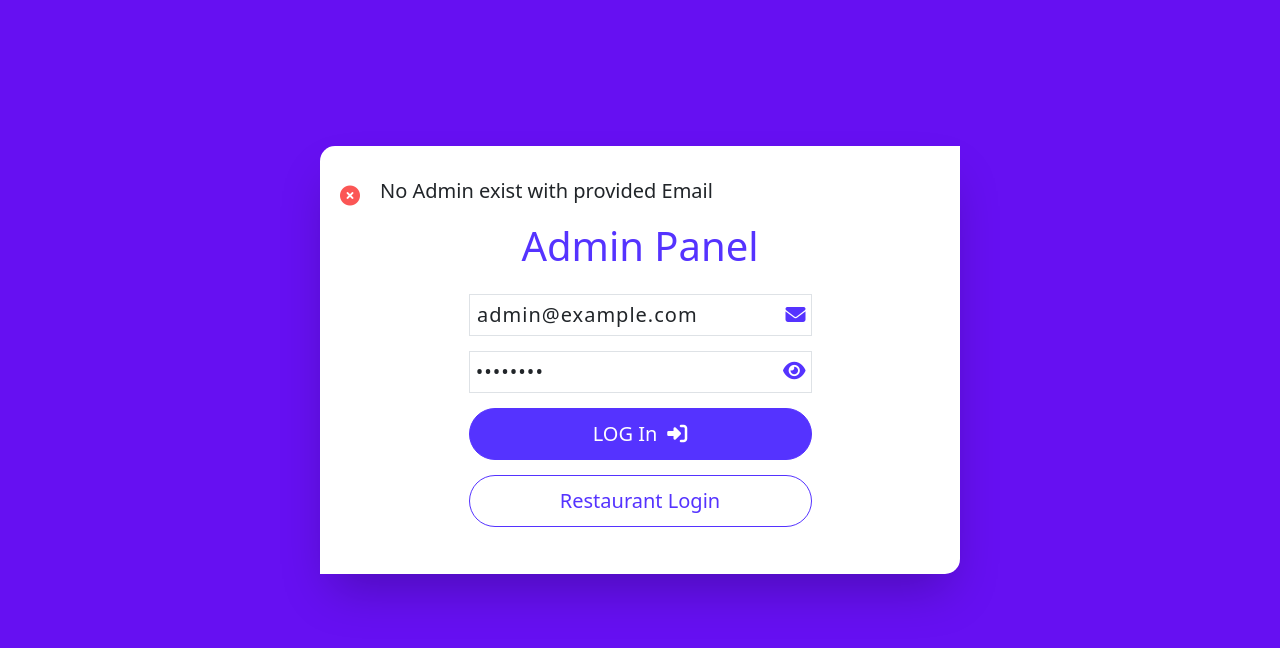
Repository: FlyweisReact/GopalAdminPanel
Page: /
An editor plug-in stored every save of this project. The page is shown before and after a run of saves, followed by the edit.
The browser window is 1280 px wide. The pictures show the whole page.
Some web libraries are served in a nearby version. The project was rebuilt for these pictures with package versions that can differ from the ones it lists, and the page was loaded fresh each time. Also part of the build but not shown: src/components/pages/Dashboard.jsx, src/vendorPanel/components/Auth.jsx, src/components/BaseUrl.jsx, src/components/pages/products/Products.jsx, src/components/pages/categories/Categories.jsx, src/components/pages/banner/Banner.jsx, src/components/pages/orders/Orders.jsx, src/components/pages/terms/Terms.jsx and 50 more. Imported but missing from the stored project, and not drawn on this page: src/components/layout/HOC.

Above is the page before, as saved 2023-04-03 13:09:53.

### public/index.html
<!DOCTYPE html>
<html lang="en">
  <head>
    <meta charset="utf-8" />
    <!-- <link rel="icon" href="%PUBLIC_URL%/favicon.png" /> -->
    <meta name="viewport" content="width=device-width, initial-scale=1" />
    <meta name="theme-color" content="#000000" />
    <meta
      name="description"
      content="Web site created using create-react-app"
    />
    <link rel="apple-touch-icon" href="%PUBLIC_URL%/favicon.ico?v=2" />

    <link rel="manifest" crossorigin="use-credentials" href="%PUBLIC_URL%/manifest.json" />
    <link href="https://fonts.googleapis.com/icon?family=Material+Icons" rel="stylesheet">
    <title>Direct Admin</title>
      <link rel="stylesheet" href="https://maxcdn.bootstrapcdn.com/bootstrap/3.4.1/css/bootstrap.min.css">
      <script src="https://ajax.googleapis.com/ajax/libs/jquery/3.6.0/jquery.min.js"></script>
      <script src="https://maxcdn.bootstrapcdn.com/bootstrap/3.4.1/js/bootstrap.min.js"></script>
      <script src="https://kit.fontawesome.com/d0cfefe1dc.js" crossorigin="anonymous"></script>
  </head>
  <body>
    <noscript>You need to enable JavaScript to run this app.</noscript>
    <div id="root"></div>
    <script src="https://code.jquery.com/jquery-3.6.0.min.js"></script>
    <script src="https://kit.fontawesome.com/b533b351e4.js" crossorigin="anonymous"></script>
  </body>
</html>

### src/index.js
import React from "react";
import ReactDOM from "react-dom/client";
import "./index.css";
import App from "./App";
import { BrowserRouter } from "react-router-dom";
import 'bootstrap/dist/css/bootstrap.min.css';

const root = ReactDOM.createRoot(document.getElementById("root"));
root.render(
  <React.StrictMode>
    <BrowserRouter>
      <App />
    </BrowserRouter>
  </React.StrictMode>
);

### src/index.css
/** @format */

@tailwind base;
@tailwind components;
@tailwind utilities;

body {
  margin: 0;
  font-family: -apple-system, BlinkMacSystemFont, "Segoe UI", "Roboto", "Oxygen",
    "Ubuntu", "Cantarell", "Fira Sans", "Droid Sans", "Helvetica Neue",
    sans-serif;
  -webkit-font-smoothing: antialiased;
  -moz-osx-font-smoothing: grayscale;
}

code {
  font-family: source-code-pro, Menlo, Monaco, Consolas, "Courier New",
    monospace;
}

/* Wcomponents */
.wcomp::-webkit-scrollbar {
  width: 0px;
}
::-webkit-scrollbar {
  width: 0px;
}

.cancel-pol h1 {
  text-align: center;
}

.cancel-pol p {
  margin-top: 200px;
  text-align: center;
  color: rgb(216, 48, 48);
}

.buttonClass {
  width: 100%;
  border-radius: 50px;
  padding: 10px;
  color: rgb(85, 51, 255);
  font-size: 20px;
  border: 1px solid rgb(85, 51, 255);
  transition: 0.5s;
}
.buttonClass:hover {
  color: #fff;
  background-color: rgb(85, 51, 255);
}
.buttonClass2 {
  width: 100%;
  border-radius: 50px;
  padding: 10px;
  color: #0d9488;
  font-size: 20px;
  border: 1px solid #0d9488;
  transition: 0.5s;
}
.buttonClass2:hover {
  color: #fff;
  background-color: #0d9488;
}
.button2 {
  background-color: rgb(85, 51, 255);
  width: 100%;
  border-radius: 50px;
  padding: 10px;
  color: #fff;
  font-size: 20px;
  border: 1px solid rgb(85, 51, 255);
  transition: 0.5s;
}
.button2:hover {
  color: rgb(85, 51, 255);
  background-color: #fff;
}
.button3 {
  background-color: #0d9488;
  width: 100%;
  border-radius: 50px;
  padding: 10px;
  color: #fff;
  font-size: 20px;
  border: 1px solid #0d9488;
  transition: 0.5s;
}
.button3:hover {
  color: #0d9488;
  background-color: #fff;
}

.main-cont {
  display: grid;
  grid-template-columns: auto auto auto;
  justify-content: space-evenly;
  gap: 20px;
  margin-top: 20px;
}
.main-cont div {
  width: 300px;
}

.centerModal{
  position: absolute;
  top: 50%;
  left: 50%;
  transform: translate(-50%, -50%);
  width: 500px;
  height: 300px;
  background-color: #fff;
  box-shadow: rgba(0, 0, 0, 0.35) 0px 5px 15px;
  color: #000;
  padding: 20px;
}
.centerModal div p {
  font-size: 16px;
}
.centerModal div input {
  width: 100%;
  border: 1px solid black;
  padding: 10px;
  font-size: 14px;
  outline: none;
}
.centerModal div select {
  width: 100%;
  border: 1px solid black;
  padding: 10px;
  font-size: 14px;
  margin-top: 10px;
  outline: none;
}
.centerModal button{
  font-size: 16px;
  margin-top: 20px;
}

.alertDiv{
  width: 600px;
  display: flex;
  gap: 20px;
  align-items: center;
}
.alertDiv i{
  color: #fb5655;
  font-size: 20px;
}
.alertDiv p{
  font-size: 20px;
}

### src/App.js
import { Routes, Route } from "react-router-dom";
import Login from "./components/forms/Login";
import Dashboard from "./components/pages/Dashboard";
import { ToastContainer } from "react-toastify";
import "react-toastify/dist/ReactToastify.css";
import Products from "./components/pages/products/Products";
import Categories from "./components/pages/categories/Categories";
import Banner from "./components/pages/banner/Banner";
import Orders from "./components/pages/orders/Orders";
import Terms from "./components/pages/terms/Terms";
import Privacy from "./components/pages/privacyPolicy/Privacy";
import Support from "./components/pages/support/Support";
import Wishlist from "./components/pages/wishlist/Wishlist";
import AddProduct from "./components/pages/products/AddProduct";
import VendorLogin from "./vendorPanel/components/forms/VendorLogin.jsx";
import VendorProducts from "./vendorPanel/components/pages/products/VendorProducts";
import VendorCategories from "./vendorPanel/components/pages/categories/VendorCategories";
import VendorOrders from "./vendorPanel/components/pages/orders/VendorOrders";
import VendorSupport from "./vendorPanel/components/pages/support/VendorSupport";
import Commission from "./vendorPanel/components/pages/commission/Commission";
import VendorReports from "./vendorPanel/components/pages/reports/VendorReports";
import VendorComplaints from "./vendorPanel/components/pages/complaints/VendorComplaints";
import VendorComments from "./vendorPanel/components/pages/comments/VendorComments";
import VendorTransactions from "./vendorPanel/components/pages/transactions/VendorTransactions";
import VendorUsers from "./vendorPanel/components/pages/users/VendorUsers";
import VendorDashboard from "./vendorPanel/components/pages/VendorDashboard";
import VendorPrivacy from "./vendorPanel/components/pages/privacyPolicy/VendorPrivacy";
import VendorFavorites from "./components/pages/favorites/VendorFavorites";
import CouponsDiscount from "./vendorPanel/components/pages/couponsDiscount/CouponsDiscount";
import Forgot from "./components/forms/Forgot";
import Vendors from "./components/pages/vendors/Vendors";
import VerifyOtp from "./components/forms/VerifyOtp";
import VendorAddProduct from "./vendorPanel/components/pages/products/VendorAddProduct";
import VendorViewProduct from "./vendorPanel/components/pages/products/VendorViewProduct";
import Payment2 from "./components/pages/paymentGateway/payment2";
import Payment3 from "./components/pages/paymentGateway/payment3";
import Notification from "./components/pages/notifications";
import Setting from "./components/pages/setting/Setting";
import Coupon from "./components/pages/coupons/Coupon";
import Signup from "./components/pages/SignUP/Signup";
import Profile from "./components/pages/profileUpdate/Profile";
import Restaurant from "./components/pages/Restaurant/Restaurant";
import Restaurantby from "./components/pages/Restaurant/Restaurantby";
import Dishes from "./components/pages/Dishes/Dishes";
import AboutUs from "./components/pages/aboutus/AboutUs";
import Users from "./components/pages/users/Users";
import ViewOrder from "./components/pages/orders/ViewOrder";
import UserTransactions from "./components/pages/orders/UserTransactions";
import PlanType from "./vendorPanel/components/pages/planType";
import MealType from "./vendorPanel/components/pages/mealType";
import VendorDishes from "./vendorPanel/components/pages/vendorDishes";
import VendorNotification from "./vendorPanel/components/pages/vendorNotification";
import CateringServices from "./components/pages/cateringServices";
import DeliveryAgents from "./components/pages/deliveryAgents";
import AdminBanner from "./components/pages/AdminBanner";
import AdminMeal from "./components/pages/AdminMeal";

function App() {

  return (
    <>
      <ToastContainer />

      <Routes>
        <Route path="/" element={<Login />} />
        <Route path="/admin/banner" element={<AdminBanner />} />
        <Route path="/dashboard" element={<Dashboard />} />
        <Route path="/orders" element={<Orders />} />
        <Route path="/admin/meals" element={<AdminMeal />} />
        <Route path="/dishes" element={<Dishes />} />
        <Route path="/payment" element={<Payment2 />} />
        <Route path="/banners" element={<Banner />} />
        <Route path="/setting" element={<Setting />} />
        <Route path="/notifications" element={<Notification />} />
        <Route path="/deliveryAgents" element={<DeliveryAgents />} />






        <Route path="/forgotPassword" element={<Forgot />} />
        <Route path="/verifyOtp" element={<VerifyOtp />} />
        <Route path="/vendors" element={<Vendors />} />
        <Route path="/products" element={<Products />} />
        <Route path="/:id/categories" element={<Categories />} />
        <Route path="/terms" element={<Terms />} />
        <Route path="/privacyPolicy" element={<Privacy />} />
        <Route path="/support" element={<Support />} />
        <Route path="/wishlist" element={<Wishlist />} />
        <Route path="/addProduct" element={<AddProduct />} />
        <Route path="/payment-3" element={<Payment3 />} />
        <Route path="/restaurant/:id/coupons" element={<Coupon />} />
        <Route path="/signup" element={<Signup />} />
        <Route path="/profile" element={<Profile />} />
        <Route path="/restaurants" element={<Restaurant />} />
        <Route path="/Restaurantby/:id" element={<Restaurantby />} />
        <Route path="/:id/dishes" element={<Dishes />} />
        <Route path="/about-us" element={<AboutUs />} />
        <Route path="/users" element={<Users />} />
        <Route path="/vieworder/:id" element={<ViewOrder />} />
        <Route path="/usertransactions/:id" element={<UserTransactions />} />



         {/* /restaurant/:id/coupons */}

        {/* ---------------Vendor Panel----------------------- */}
        <Route path="/vendorLogin" element={<VendorLogin />} />
        <Route path="/vendorDashboard" element={<VendorDashboard />} />
        <Route path="/vendorCoupons" element={<CouponsDiscount />} />


        <Route path="/vendorProducts" element={<VendorProducts />} />
        <Route path="/vendorViewProduct/:id" element={<VendorViewProduct />} />
        <Route path="/vendorAddProduct" element={<VendorAddProduct />} />
        <Route path="/vendorCategories" element={<VendorCategories />} />
        <Route path="/vendorOrders" element={<VendorOrders />} />
        <Route path="/vendorSupport" element={<VendorSupport />} />
        <Route path="/commission" element={<Commission />} />
        <Route path="/vendorReports" element={<VendorReports />} />
        <Route path="/vendorComplaints" element={<VendorComplaints />} />
        <Route path="/vendorComments" element={<VendorComments />} />
        <Route path="/vendorTransactions" element={<VendorTransactions />} />
        <Route path="/vendorUsers" element={<VendorUsers />} />
        <Route path="/vendorPrivacy" element={<VendorPrivacy />} />
        <Route path="/vendorFavorites" element={<VendorFavorites />} />
        <Route path="/vendorCommission" element={<Commission />} />
        <Route path="/vendorPlanType" element={<PlanType />} />
        <Route path="/vendorMealType" element={<MealType />} />
        <Route path="/vendorDishes" element={<VendorDishes />} />
        <Route path="/vendorNotification" element={<VendorNotification />} />
        <Route path="/cateringServices" element={<CateringServices />} />
      </Routes>
    </>
  );
}

export default App;

### src/components/forms/Login.jsx
/** @format */

import React, { useState } from "react";
import { Formik, Form, Field } from "formik";
import axios from "axios";
import { useNavigate } from "react-router-dom";
import { toast } from "react-toastify";
import { Oval } from "react-loader-spinner";
import { Alert } from "react-bootstrap";

const Login = () => {
  const [pass, setPass] = useState(false);
  const [inputpass, setInputpass] = useState(false);
  const navigate = useNavigate();
  const [loading, setLoading] = useState(false);
  const [error, setError] = useState(false);

  const login = async (values) => {
    setLoading(true);
    const url =
      "https://b7w3czz0m2.execute-api.ap-south-1.amazonaws.com/development/api/admin/login";

    try {
      const res = await axios.post(url, values);
      localStorage.setItem("direct", res.data.token);
      setLoading(false);
      navigate("/dashboard");
      toast.success("Welcome");
    } catch (err) {
      setError(true);
      console.log(err);
      setLoading(false);
    }
  };

  return (
    <>
      <div
        className="w-full h-screen flex flex-col justify-center items-center "
        style={{ backgroundColor: "#6610f2" }}
      >
        <Formik
          initialValues={{
            email: "admin@example.com",
            password: "test1234",
          }}
          onSubmit={(values) => {
            login(values);
          }}
        >
          <Form className="shadow-2xl w-96 mx-3 sm:mx-0 sm:w-4/5 md:w-4/6 lg:w-4/5 xl:w-1/2 flex flex-col items-center bg-white p-5 md:py-10 rounded-tl-3xl rounded-br-3xl">
            <div className="alertDiv">
              <i class="fa-solid fa-circle-xmark"></i>
              <p>No Admin exist with provided Email</p>
            </div>
            <span
              className=" text-center text-[rgb(85, 51, 255)]"
              style={{ fontSize: "4rem", color: "rgb(85, 51, 255)" }}
            >
              Admin Panel
            </span>
            <section className="py-7 space-y-6">
              <div
                className="sm:w-96 border border-[rgb(240,72,88)] space-x-4 flex items-center w-64  p-2"
                style={{ width: "100%" }}
              >
                <Field
                  type="email"
                  placeholder="username@gmail.com"
                  name="email"
                  required
                  className="outline-none px-1  bg-transparent tracking-wider w-full"
                  style={{ fontSize: "20px" }}
                />
                <i
                  className="fa-sharp fa-solid fa-envelope"
                  style={{ fontSize: "20px", color: "rgb(85, 51, 255)" }}
                ></i>
              </div>
              <div
                className="sm:w-96 border border-[rgb(240,72,88)] space-x-4 flex items-center w-64  p-2 "
                style={{ width: "100%" }}
              >
                <Field
                  type={inputpass ? "text" : "password"}
                  placeholder="password"
                  name="password"
                  required
                  className="outline-none px-0.5  bg-transparent tracking-wider w-full"
                  style={{ fontSize: "20px" }}
                />

                <span
                  onClick={() => {
                    setPass(!pass);
                    setInputpass(!inputpass);
                  }}
                  className="text-xl cursor-pointer hover:scale-90 "
                >
                  {pass ? (
                    <i
                      className="fa-sharp fa-solid fa-eye-slash"
                      style={{ fontSize: "20px", color: "rgb(85, 51, 255)" }}
                    ></i>
                  ) : (
                    <i
                      className="fa-solid fa-eye"
                      style={{ fontSize: "20px", color: "rgb(85, 51, 255)" }}
                    ></i>
                  )}
                </span>
              </div>
              <button type="submit" className="button2">
                {loading ? (
                  <Oval height={30} secondaryColor="black" color="black" />
                ) : (
                  <div
                    style={{
                      display: "flex",
                      alignItems: "center",
                      justifyContent: "center",
                      gap: "10px",
                    }}
                  >
                    <span>LOG In</span>
                    <i
                      className="fa-solid fa-right-to-bracket"
                      style={{ color: "#fff", fontSize: "20px" }}
                    ></i>
                  </div>
                )}
              </button>
              <button
                type="button"
                onClick={() => navigate("/vendorLogin")}
                className="buttonClass"
              >
                Restaurant Login
              </button>
            </section>
          </Form>
        </Formik>
      </div>
    </>
  );
};

export default Login;

Loaded but not shown: tailwind.config.js (common file)

After the next 3 saves:
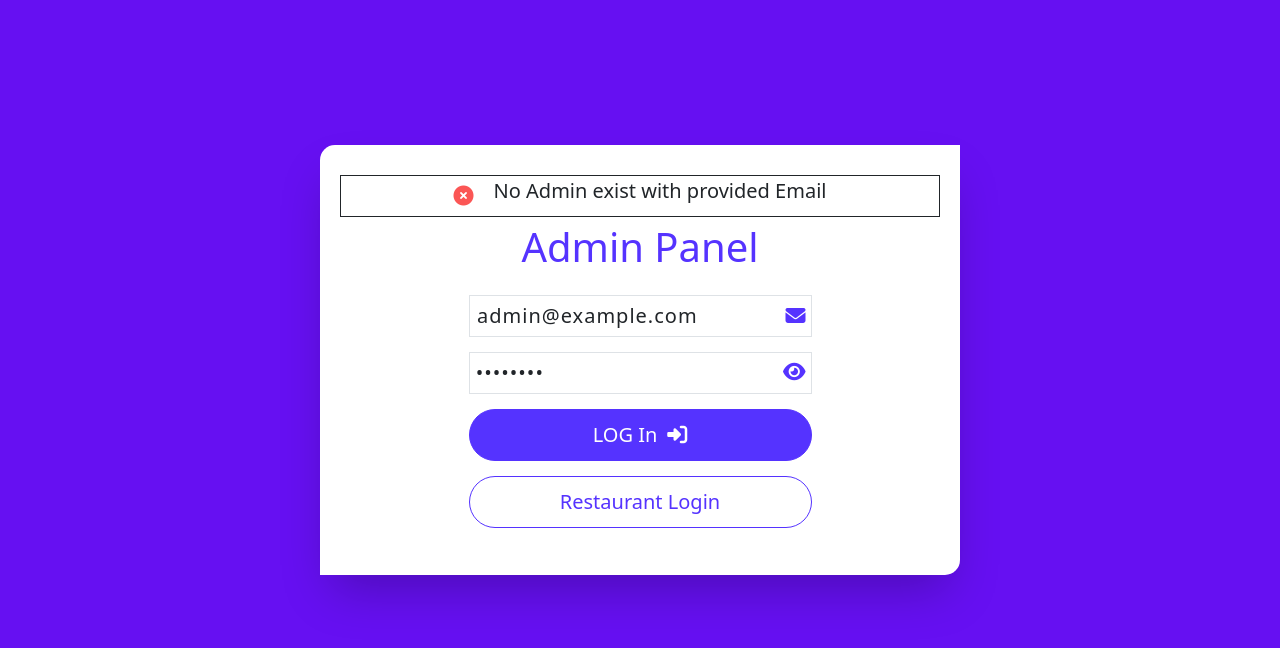
The 3 saves are shown as one change because they came seconds apart.
The last was saved 15 s later.
--- a/src/index.css
+++ b/src/index.css
@@ -142,6 +142,8 @@ code {
   display: flex;
   gap: 20px;
   align-items: center;
+  justify-content: center;
+  border: 1px solid ;
 }
 .alertDiv i{
   color: #fb5655;
